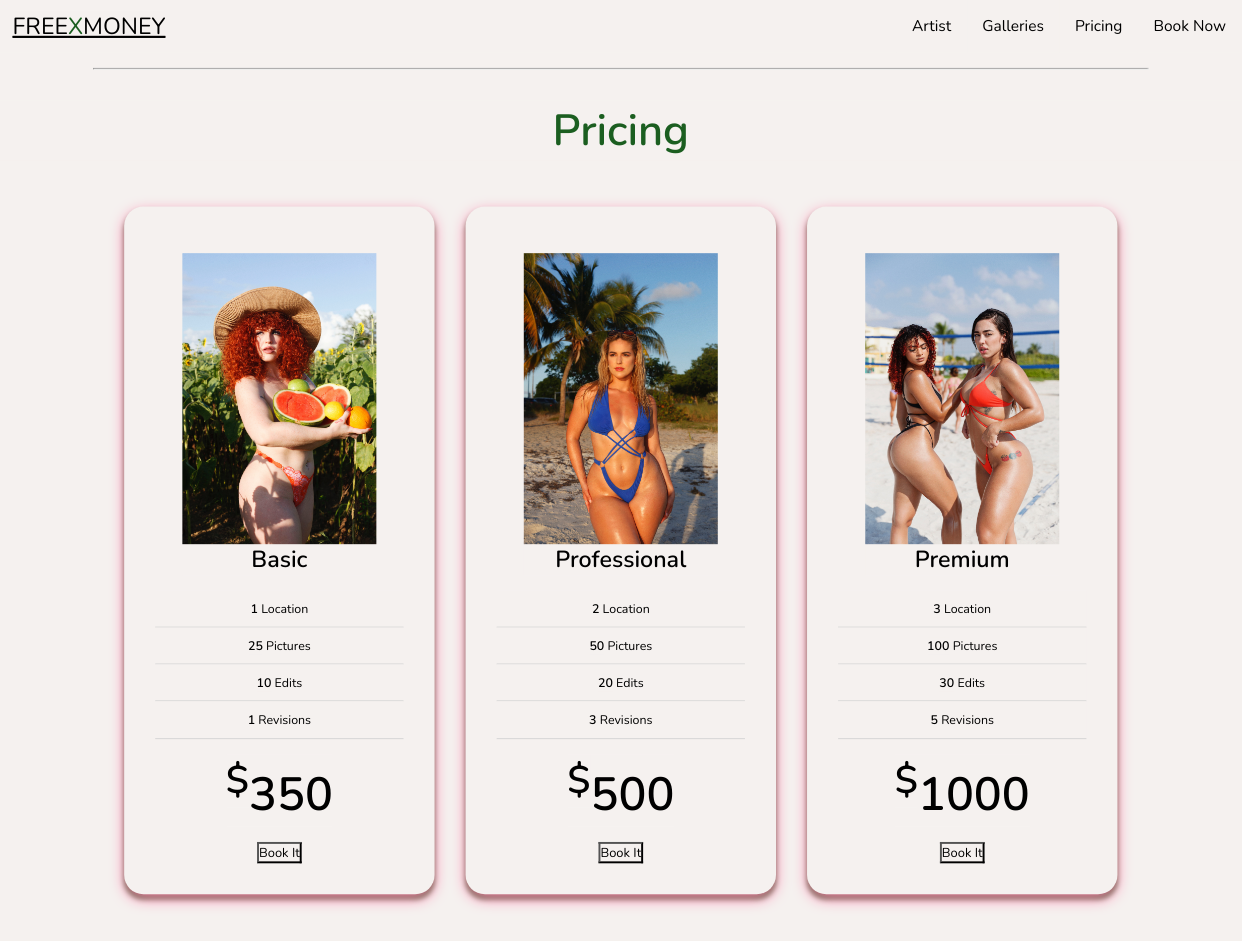
Repository: burntaftermint/freexmoney-draft
Page: price.html
These files come from the project's save history. The page is drawn as it stood at one moment and after the next save; the edit follows.
The browser window is 1280 px wide. The pictures show the whole page, at 97% of full size.
Some web fonts or font styles are not loaded; a fallback is used.

Above is the page before, as saved 2024-06-11 02:14:04.

After the next save:
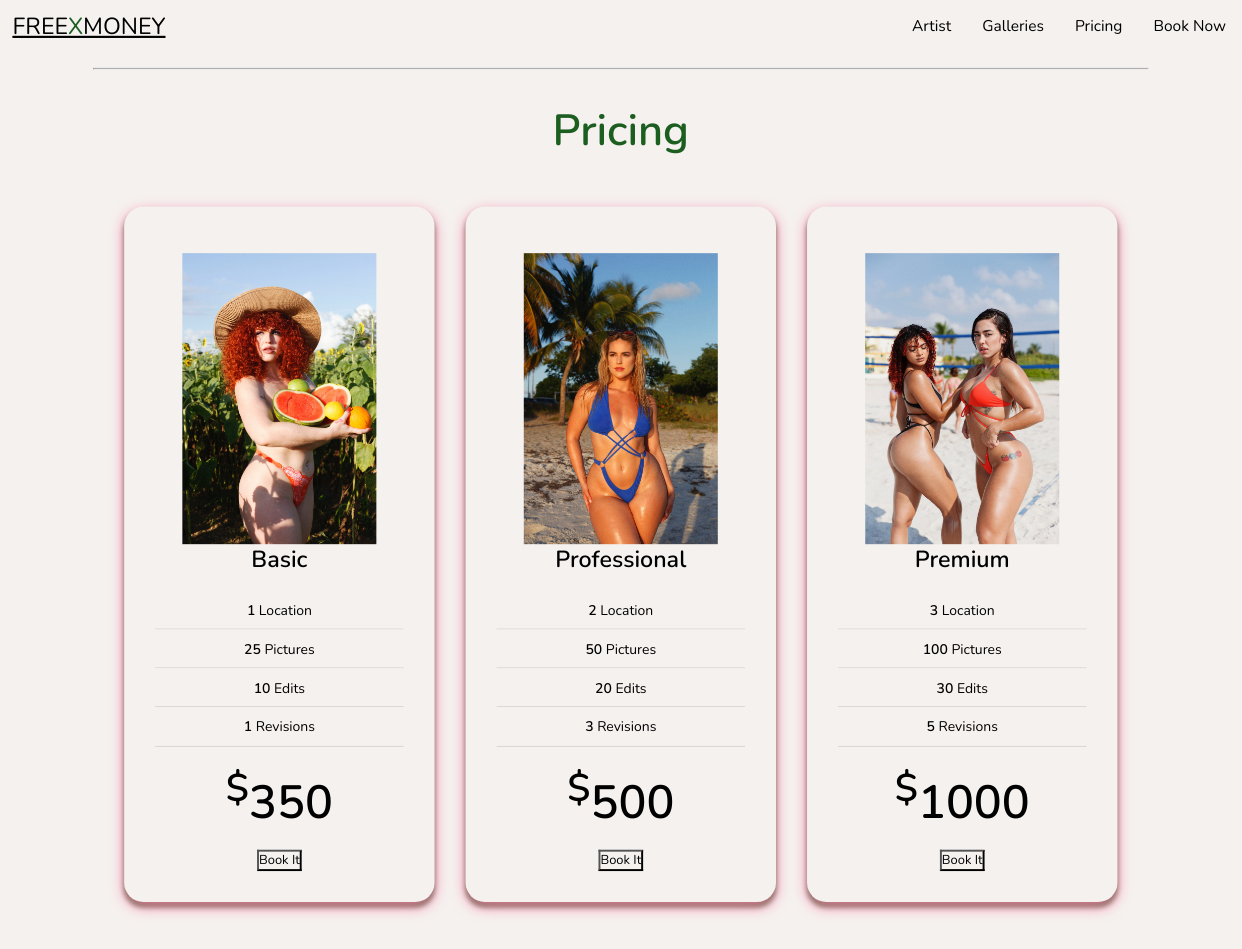
Saved 22 s later.
--- a/style.css
+++ b/style.css
@@ -370,7 +370,7 @@ border-radius: 10px;
 
 .card-detail > p {
     padding: 0.6rem 1.5rem;
-    font-size: 0.8rem;
+    font-size: 0.9rem;
     border-bottom: 1px solid #d5d5d5;
 
 }
